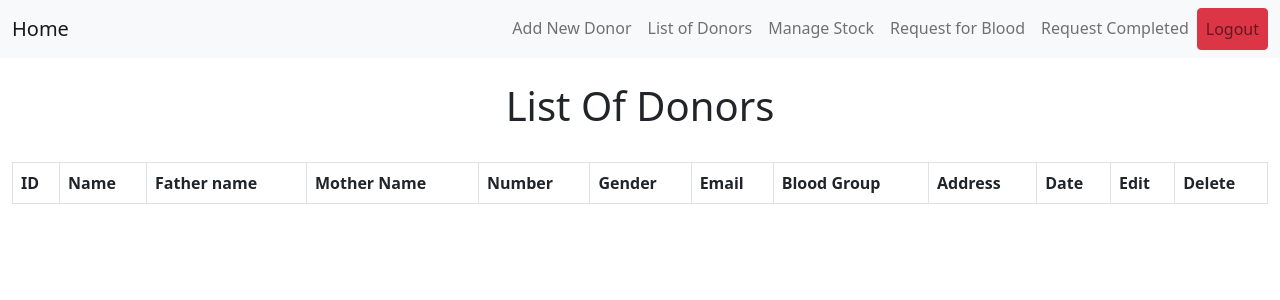
Repository: kshitizJ/Blood-Bank-Management-System-in-jsp
Page: http://localhost/Blood_Bank_Management_System/editDeleteList.jsp
These files come from the project's save history. The page is drawn as it stood at one moment and after the next save; the edit follows.
The browser window is 1280 px wide. The pictures show the whole page.
The page is served by Tomcat 9. Queries for data that is not in the repository find no rows.

Above is the page before, as saved 2021-04-28 10:28:46.

### Blood Bank Management System/WebContent/editDeleteList.jsp
<%@page import="project.ConnectionProvider"%>
<%@page import="java.sql.*"%>
<%@include file="header.html"%>
<!DOCTYPE html>
<html lang="en">
<head>
<title>Edit Delete List</title>
</head>
<body>
	<br>
	<h1 class="text-center">List Of Donors</h1>
	<br>
	<div class="container-fluid">
		<div class="row">
			<div class="col-12">
				<table class="table table-bordered table-striped table-hover">
					<thead>
						<tr>
							<th scope="col">ID</th>
							<th scope="col">Name</th>
							<th scope="col">Father name</th>
							<th scope="col">Mother Name</th>
							<th scope="col">Number</th>
							<th scope="col">Gender</th>
							<th scope="col">Email</th>
							<th scope="col">Blood Group</th>
							<th scope="col">Address</th>
							<th scope="col">Date</th>
							<th scope="col">Edit</th>
							<th scope="col">Delete</th>
						</tr>
					</thead>
					<tbody>
						<tr>
							<%
								try {
								Connection con = ConnectionProvider.getCon();
								Statement st = con.createStatement();
								ResultSet rs = st.executeQuery("select * from donor;");
								while (rs.next()) {
							%>
							<td><%=rs.getInt(1)%></td>
							<td>
								<%=
									rs.getString(2)
								%>
							</td>
							<td>
								<%=
									rs.getString(3)
								%>
							</td>
							<td>
								<%=
									rs.getString(4)
								%>
							</td>
							<td>
								<%=
									rs.getString(5)
								%>
							</td>
							<td>
								<%=
									rs.getString(6)
								%>
							</td>
							<td>
								<%=
									rs.getString(7)
								%>
							</td>
							<td>
								<%=
									rs.getString(8)
								%>
							</td>
							<td>
								<%=
									rs.getString(9)
								%>
							</td>
							<td>
								<%=
									rs.getDate(10)
								%>
							</td>
							<td><a class="btn btn-warning"
								href="updateDonor.jsp?id=<%=rs.getInt(1)%>">Edit</a></td>
							<td><a class="btn btn-danger"
								href="deleteDonor.jsp?id=<%=rs.getInt(1)%>">Delete</a></td>
						</tr>
						<%
								}
							} catch (Exception e) {
								System.out.print(e.getMessage());
							}
							%>
					</tbody>
				</table>
			</div>
		</div>
	</div>
</body>
</html>

### Blood Bank Management System/WebContent/header.html
<!DOCTYPE html>
<html lang="en">
<head>
<meta charset="UTF-8">
<meta http-equiv="X-UA-Compatible" content="IE=edge">
<meta name="viewport" content="width=device-width, initial-scale=1.0">
<title>Admin Panel</title>
<link
	href="https://cdn.jsdelivr.net/npm/bootstrap@5.0.0-beta3/dist/css/bootstrap.min.css"
	rel="stylesheet"
	integrity="sha384-eOJMYsd53ii+scO/bJGFsiCZc+5NDVN2yr8+0RDqr0Ql0h+rP48ckxlpbzKgwra6"
	crossorigin="anonymous">
<link rel="stylesheet" href="style.css" type="text/css" media="screen">
</head>
<body>
	<nav class="navbar sticky-top navbar-expand-lg navbar-light bg-light">
		<div class="container-fluid">
			<a class="navbar-brand" href="home.jsp">Home</a>
			<button class="navbar-toggler" type="button"
				data-bs-toggle="collapse" data-bs-target="#navbarNav"
				aria-controls="navbarNav" aria-expanded="false"
				aria-label="Toggle navigation">
				<span class="navbar-toggler-icon"></span>
			</button>
			<div class="collapse navbar-collapse justify-content-end"
				id="navbarNav">
				<ul class="navbar-nav ">
					<li class="nav-item"><a class="nav-link"
						href="addNewDonor.jsp">Add New Donor</a></li>
					<li class="nav-item"><a class="nav-link"
						href="editDeleteList.jsp">List of Donors</a></li>
					<li class="nav-item"><a class="nav-link"
						href="manageStock.jsp">Manage Stock</a></li>
					<li class="nav-item"><a class="nav-link"
						href="requestForBlood.jsp">Request for Blood</a></li>
					<li class="nav-item"><a class="nav-link"
						href="requestCompleted.jsp">Request Completed</a></li>
					<li class="nav-item"><a class="nav-link btn btn-danger"
						href="adminLogin.jsp">Logout</a></li>
				</ul>
			</div>
		</div>
	</nav>
</body>
<script
	src="https://cdn.jsdelivr.net/npm/bootstrap@5.0.0-beta3/dist/js/bootstrap.bundle.min.js"
	integrity="sha384-JEW9xMcG8R+pH31jmWH6WWP0WintQrMb4s7ZOdauHnUtxwoG2vI5DkLtS3qm9Ekf"
	crossorigin="anonymous"></script>

</html>

### Blood Bank Management System/src/project/ConnectionProvider.java
package project;

import java.sql.*;

public class ConnectionProvider {
	public static Connection getCon() {
		try {
			Class.forName("com.mysql.cj.jdbc.Driver");
			Connection con = DriverManager.getConnection("jdbc:mysql://localhost:3306/Blood_Bank_Management_System",
					"root", "Kshitiz123@");
			return con;
		} catch (Exception e) {
			// TODO: handle exception
			System.out.println(e.getMessage());
			return null;
		}
	}
}

### Blood Bank Management System/WebContent/style.css
img {
	width: 100%;
	height: 500px;
}

.logo {
	width: 100px;
	height: 60px;
}

container-fluid {
	padding: 0;
}

After the next save:
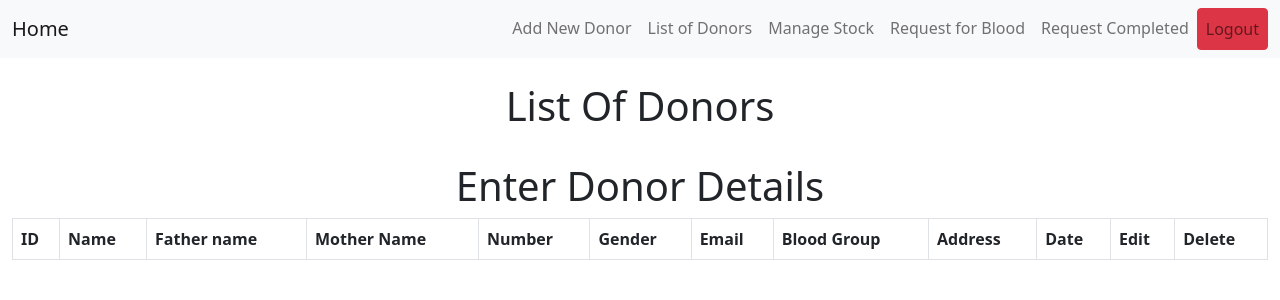
Saved 53 s later.
--- a/Blood Bank Management System/WebContent/editDeleteList.jsp
+++ b/Blood Bank Management System/WebContent/editDeleteList.jsp
@@ -12,6 +12,23 @@
 	<br>
 	<div class="container-fluid">
 		<div class="row">
+			<div class="col-12">
+				<%
+					String msg = request.getParameter("msg");
+				if ("valid".equals(msg)) {
+				%>
+				<p class="text-centre text-danger">Your request was submitted
+					successfully..</p>
+				<%
+					}
+				if ("invalid".equals(msg)) {
+				%>
+				<p class="text-centre text-danger">Invalid data try again..</p>
+				<%
+					}
+				%>
+				<h1 class="text-center">Enter Donor Details</h1>
+			</div>
 			<div class="col-12">
 				<table class="table table-bordered table-striped table-hover">
 					<thead>
@@ -40,62 +57,26 @@
 								while (rs.next()) {
 							%>
 							<td><%=rs.getInt(1)%></td>
-							<td>
-								<%=
-									rs.getString(2)
-								%>
-							</td>
-							<td>
-								<%=
-									rs.getString(3)
-								%>
-							</td>
-							<td>
-								<%=
-									rs.getString(4)
-								%>
-							</td>
-							<td>
-								<%=
-									rs.getString(5)
-								%>
-							</td>
-							<td>
-								<%=
-									rs.getString(6)
-								%>
-							</td>
-							<td>
-								<%=
-									rs.getString(7)
-								%>
-							</td>
-							<td>
-								<%=
-									rs.getString(8)
-								%>
-							</td>
-							<td>
-								<%=
-									rs.getString(9)
-								%>
-							</td>
-							<td>
-								<%=
-									rs.getDate(10)
-								%>
-							</td>
+							<td><%=rs.getString(2)%></td>
+							<td><%=rs.getString(3)%></td>
+							<td><%=rs.getString(4)%></td>
+							<td><%=rs.getString(5)%></td>
+							<td><%=rs.getString(6)%></td>
+							<td><%=rs.getString(7)%></td>
+							<td><%=rs.getString(8)%></td>
+							<td><%=rs.getString(9)%></td>
+							<td><%=rs.getDate(10)%></td>
 							<td><a class="btn btn-warning"
 								href="updateDonor.jsp?id=<%=rs.getInt(1)%>">Edit</a></td>
 							<td><a class="btn btn-danger"
 								href="deleteDonor.jsp?id=<%=rs.getInt(1)%>">Delete</a></td>
 						</tr>
 						<%
-								}
-							} catch (Exception e) {
-								System.out.print(e.getMessage());
 							}
-							%>
+						} catch (Exception e) {
+						System.out.print(e.getMessage());
+						}
+						%>
 					</tbody>
 				</table>
 			</div>
